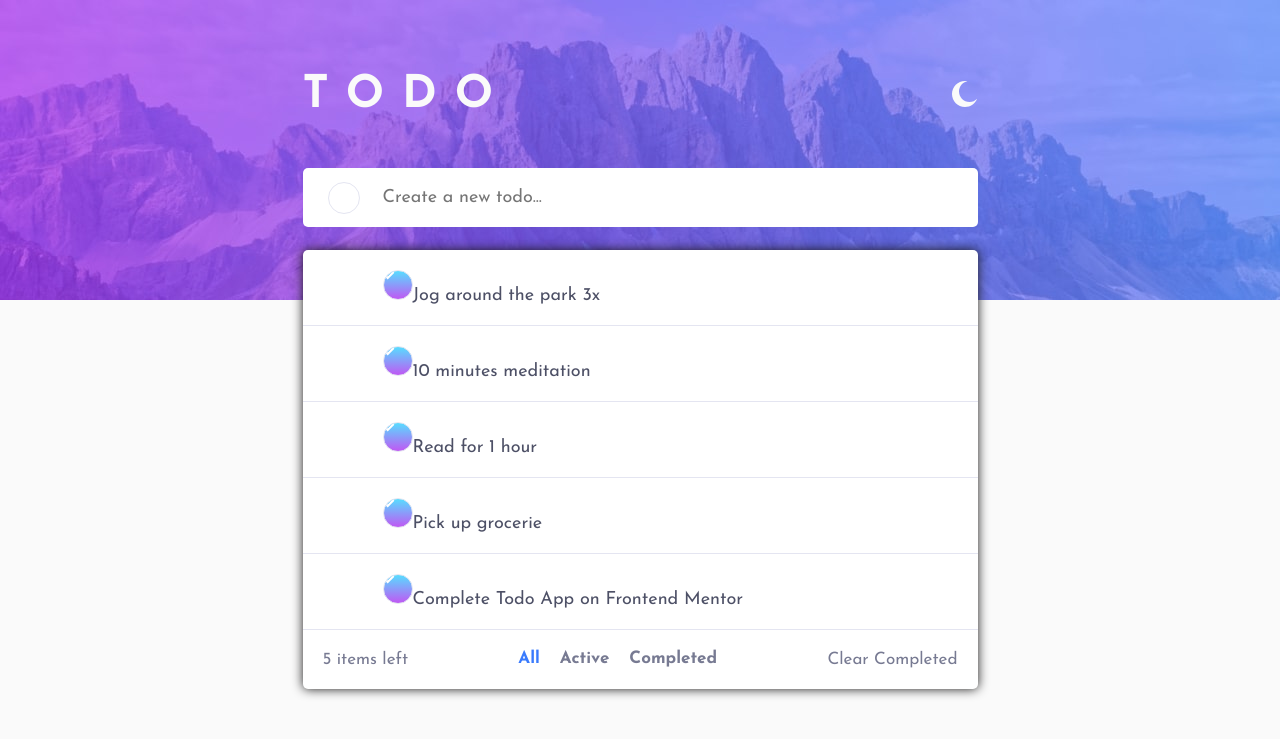
Repository: tomas938/todo-app
Page: /
These files come from the project's save history. The page is drawn as it stood at one moment and after the next save; the edit follows.
The browser window is 1280 px wide. The pictures show the whole page.
The project was rebuilt for these pictures with package versions that can differ from the ones it lists, and the page was loaded fresh each time.

Above is the page before, as saved 2021-08-18 13:54:21.

### src/main.js
import { createApp } from "vue";
import App from "./App.vue";
import router from "./router";

createApp(App)
	.use(router)
	.mount("#app");

### src/App.vue
<template>
	<router-view />
</template>

<style lang="scss">
@import "/src/scss/_variables";
:root {
	.dark {
		--bg-image: url(./assets/bg-desktop-dark.jpg);
		--items-bg-color: hsl(235, 24%, 19%);
		--body-bg: hsl(235, 21%, 11%);
		--todo-text: hsl(236, 33%, 92%);
		--todo-border: hsl(237, 14%, 26%);
	}
	.light {
		--bg-image: url(./assets/bg-desktop-light.jpg);
		--items-bg-color: hsl(0, 0%, 100%);
		--body-bg: hsl(0, 0%, 98%);
		--todo-text: hsl(233, 14%, 35%);
		--todo-border: hsl(236, 33%, 92%);
	}
}
* {
	margin: 0;
	padding: 0;
	box-sizing: border-box;
}
html {
	font-size: 62.5%;
}
body {
	font-size: 1.8rem;
	font-family: $font-primary;
	background-color: var(--body-bg);
}

li {
	list-style: none;
}
</style>

### src/router/index.js
import { createRouter, createWebHashHistory } from "vue-router";
import Home from "../views/Home.vue";

const routes = [
	{
		path: "/",
		name: "Home",
		component: Home,
	},
];

const router = createRouter({
	history: createWebHashHistory(),
	routes,
});

export default router;

### src/scss/_variables.scss
// LINK COLLORS-PRIMARY //

$primary: hsl(220, 98%, 61%);
$primary-bg: linear-gradient(rgb(87, 221, 255), hsl(280, 87%, 65%));

// LINK LIGHT THEME //

$light-gray: hsl(0, 0%, 98%);
$very-light-grayish-blue: hsl(236, 33%, 92%);
$light-grayish-blue: hsl(233, 11%, 84%);
$dark-grayish-blue: hsl(236, 9%, 61%);
$very-dark-grayish-blue: hsl(235, 19%, 35%);

// LINK DARK THEME //

$very-dark-blue: hsl(235, 21%, 11%);
$dark-desaturated-blue: hsl(235, 24%, 19%);
$light-grayish-blue--dark: hsl(234, 39%, 85%);
$light-grayish-blue--dark-hover: hsl(236, 33%, 92%);
$dark-grayish-blue--dark: hsl(234, 11%, 52%);
$very-dark-grayish-blue--dark: hsl(233, 14%, 35%);
$very-dark-grayish-blue--dark-2: hsl(237, 14%, 26%);

// LINK FONT //

@import url("https://fonts.googleapis.com/css2?family=Josefin+Sans:wght@400;700&display=swap");
$font-primary: "Josefin Sans", sans-serif;
$light: 400;
$bold: 700;

### src/views/Home.vue
<template>
	<Header />
	<Todos />
</template>

<script>
import Header from "../components/Header";
import Todos from "../components/Todos.vue";
export default {
	components: {
		Header,
		Todos,
	},
};
</script>
<style lang="scss"></style>

### src/components/Header.vue
<template>
	<header>
		<nav class="nav container">
			<div class="nav__title">
				<h1>todo</h1>
			</div>
			<svg
				v-if="ligth"
				@click="changeTheme"
				class="nav__theme"
				xmlns="http://www.w3.org/2000/svg"
				width="26"
				height="26"
			>
				<path
					fill="#fafafa"
					fill-rule="evenodd"
					d="M13 0c.81 0 1.603.074 2.373.216C10.593 1.199 7 5.43 7 10.5 7 16.299 11.701 21 17.5 21c2.996 0 5.7-1.255 7.613-3.268C23.22 22.572 18.51 26 13 26 5.82 26 0 20.18 0 13S5.82 0 13 0z"
				/>
			</svg>
			<svg
				v-else
				@click="changeTheme"
				xmlns="http://www.w3.org/2000/svg"
				width="26"
				height="26"
			>
				<path
					fill="#fafafa"
					fill-rule="evenodd"
					d="M13 21a1 1 0 011 1v3a1 1 0 11-2 0v-3a1 1 0 011-1zm-5.657-2.343a1 1 0 010 1.414l-2.121 2.121a1 1 0 01-1.414-1.414l2.12-2.121a1 1 0 011.415 0zm12.728 0l2.121 2.121a1 1 0 01-1.414 1.414l-2.121-2.12a1 1 0 011.414-1.415zM13 8a5 5 0 110 10 5 5 0 010-10zm12 4a1 1 0 110 2h-3a1 1 0 110-2h3zM4 12a1 1 0 110 2H1a1 1 0 110-2h3zm18.192-8.192a1 1 0 010 1.414l-2.12 2.121a1 1 0 01-1.415-1.414l2.121-2.121a1 1 0 011.414 0zm-16.97 0l2.121 2.12A1 1 0 015.93 7.344L3.808 5.222a1 1 0 011.414-1.414zM13 0a1 1 0 011 1v3a1 1 0 11-2 0V1a1 1 0 011-1z"
				/>
			</svg>
		</nav>
		<div class="new-todo">
			<input type="text" placeholder="Create a new todo..." />
		</div>
	</header>
</template>

<script>
export default {
	data() {
		return {
			ligth: true,
			body: document.body,
		};
	},
	methods: {
		changeTheme() {
			this.ligth = !this.ligth;
			if (!this.ligth) {
				this.body.classList.remove("light");
				this.body.classList.add("dark");
			} else {
				this.body.classList.remove("dark");
				this.body.classList.add("light");
			}
		},
	},
	mounted() {
		this.body.classList.add("light");
	},
};
</script>

<style lang="scss" scoped>
@import "/src/scss/_variables";

header {
	height: 30rem;
	display: flex;
	flex-direction: column;
	align-items: center;
	justify-content: center;
	gap: 5rem;
	padding: 3rem;
	background-image: var(--bg-image);
	background-repeat: no-repeat;
	background-size: cover;
}
.nav {
	max-width: 67.5rem;
	width: 100%;
	display: flex;
	justify-content: space-between;
	align-items: baseline;
	&__title h1 {
		font-size: 4.5rem;
		letter-spacing: 1.8rem;
		text-transform: uppercase;
	}

	svg {
		cursor: pointer;
	}
}
.new-todo {
	max-width: 67.5rem;
	width: 100%;
	position: relative;
	&::before {
		content: "";
		position: absolute;
		top: 50%;
		transform: translateY(-50%);
		left: 2.5rem;
		width: 3rem;
		height: 3rem;
		border-radius: 50%;
		border: 1px solid var(--todo-border);
	}
}
input {
	background-color: var(--items-bg-color);
	width: 100%;
	outline: none;
	border: none;
	padding: 2rem;
	padding-left: 8rem;
	border-radius: 0.5rem;
	font-size: 1.8rem;
	font-family: $font-primary;
	font-weight: $light;
}
h1 {
	color: $light-gray;
}
</style>

### src/components/Todos.vue
<template>
	<main>
		<ul class="todos">
			<li v-for="(todo, index) in todos" :key="index" class="todo-item">
				<svg
					class="todo-status "
					xmlns="http://www.w3.org/2000/svg"
					width="11"
					height="9"
				>
					<path
						fill="none"
						stroke="#FFF"
						stroke-width="2"
						d="M1 4.304L3.696 7l6-6"
					/>
				</svg>
				<!-- <div class="todo-status"></div> -->
				<span>{{ todo }}</span>
			</li>
			<div class="filters">
				<div class="items-left">
					<span>{{ todos.length }} items left</span>
				</div>
				<div class="filter">
					<span>All</span>
					<span>Active</span>
					<span>Completed</span>
				</div>
				<div class="clear">
					<span>Clear Completed</span>
				</div>
			</div>
		</ul>
	</main>
</template>

<script>
export default {
	data() {
		return {
			todos: [
				"Jog around the park 3x",
				"10 minutes meditation",
				"Read for 1 hour",
				"Pick up grocerie",
				"Complete Todo App on Frontend Mentor",
			],
		};
	},
};
</script>

<style lang="scss" scoped>
@import "/src/scss/_variables";

main {
	padding: 0 3rem;
	display: flex;
	justify-content: center;
	transform: translateY(-5rem);
}
.todos {
	max-width: 67.5rem;
	width: 100%;
	border-radius: 0.5rem;
	background-color: var(--items-bg-color);
	box-shadow: 0px 0px 11px 0px #1a1919;
}
.todo-item {
	position: relative;
	width: 100%;
	padding: 2rem;
	padding-left: 8rem;
	font-family: $font-primary;
	font-weight: $light;
	color: var(--todo-text);
	border-bottom: 1px solid var(--todo-border);

	// FIXME maybe group styling //
	.todo-status {
		cursor: pointer;
		// content: "";
		// position: absolute;
		// top: 50%;
		// transform: translateY(-50%);
		left: 2.5rem;
		width: 3rem;
		height: 3rem;
		border-radius: 50%;
		background: $primary-bg;
		border: 1px solid var(--todo-border);
	}
	&::after {
		opacity: 0;
		cursor: pointer;
		content: "";
		position: absolute;
		right: 2.5rem;
		width: 2.6rem;
		height: 2.6rem;
		background-image: url(../assets/icon-cross.svg);
		background-repeat: no-repeat;
	}
	&:hover:after {
		transition: opacity 0.5s ease-in-out;
		opacity: 1;
	}
}
.filters {
	display: flex;
	justify-content: space-between;
	padding: 2rem;
	.filter {
		display: flex;
		gap: 2rem;
		span {
			font-weight: $bold;
			&:first-child {
				color: $primary;
			}
		}
	}
	.items-left {
		span {
			cursor: auto;
		}
	}
	span {
		color: $dark-grayish-blue--dark;
		cursor: pointer;
		font-size: 1.7rem;
	}
}
</style>

Loaded but not shown: public/index.html (common file)

After the next save:
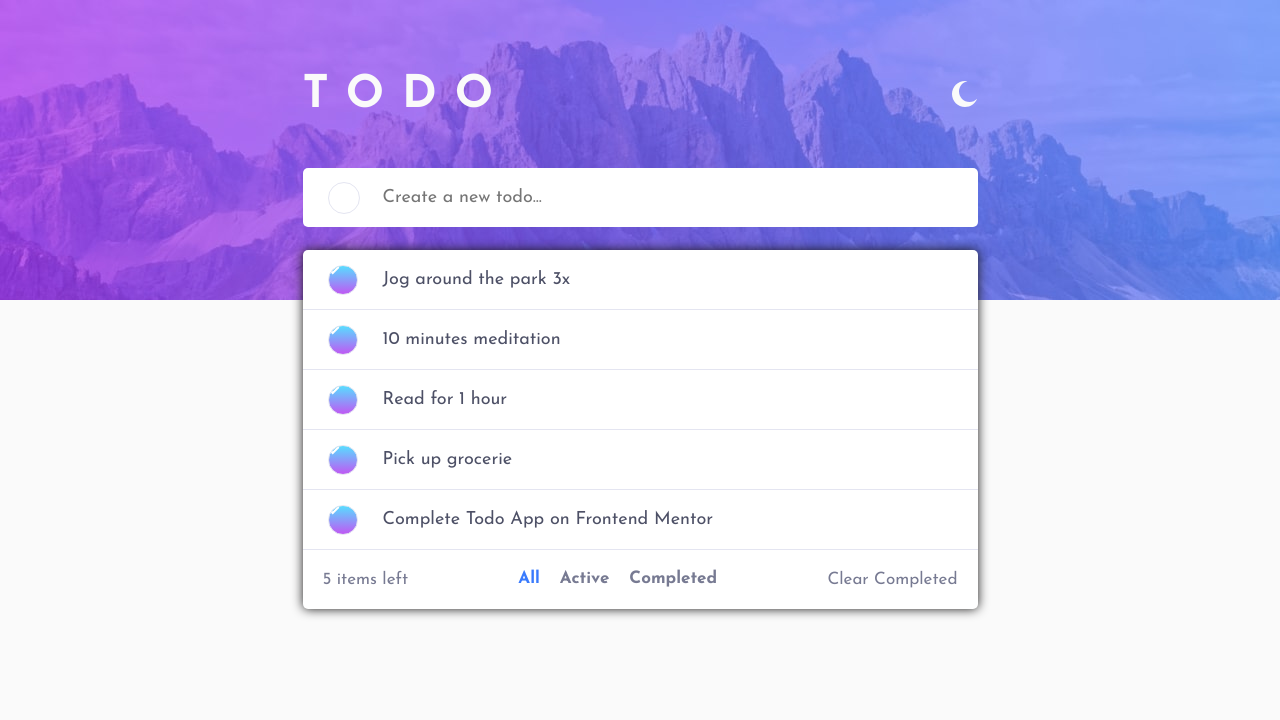
Saved 17 s later.
--- a/src/components/Todos.vue
+++ b/src/components/Todos.vue
@@ -80,10 +80,10 @@ main {
 	// FIXME maybe group styling //
 	.todo-status {
 		cursor: pointer;
-		// content: "";
-		// position: absolute;
-		// top: 50%;
-		// transform: translateY(-50%);
+		content: "";
+		position: absolute;
+		top: 50%;
+		transform: translateY(-50%);
 		left: 2.5rem;
 		width: 3rem;
 		height: 3rem;
